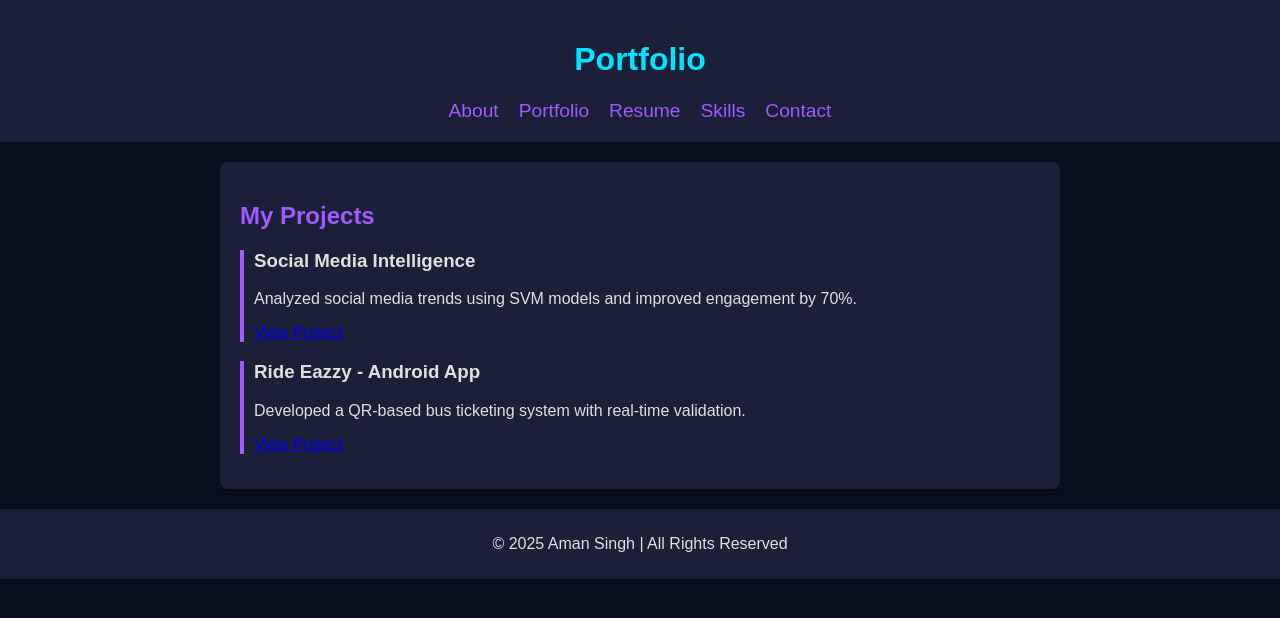
Repository: aman3singh/portfolio
Page: portfolio.html
The author's editor kept a copy of each file at every save. The page is drawn from the files as they stood at one save, then again after the next save.
The browser window is 1280 px wide. The pictures show the whole page.

Above is the page before, as saved 2025-02-11 18:20:42.

### portfolio.html
<!DOCTYPE html>
<html lang="en">
<head>
    <meta charset="UTF-8">
    <meta name="viewport" content="width=device-width, initial-scale=1.0">
    <title>Aman Singh | Portfolio</title>
    <link rel="stylesheet" href="styles.css">
</head>
<body>
    <header>
        <h1>Portfolio</h1>
        <nav>
            <a href="index.html#about">About</a>
            <a href="portfolio.html" class="active">Portfolio</a>
            <a href="resume.html">Resume</a>
            <a href="index.html#skills">Skills</a>
            <a href="index.html#contact">Contact</a>
        </nav>
    </header>

    <section id="projects">
        <h2>My Projects</h2>
        <div class="project">
            <h3>Social Media Intelligence</h3>
            <p>Analyzed social media trends using SVM models and improved engagement by 70%.</p>
            <a href="https://github.com/your-username/social-media-intelligence" target="_blank">View Project</a>
        </div>
        <div class="project">
            <h3>Ride Eazzy - Android App</h3>
            <p>Developed a QR-based bus ticketing system with real-time validation.</p>
            <a href="https://github.com/your-username/ride-eazzy" target="_blank">View Project</a>
        </div>
    </section>

    <footer>
        <p>© 2025 Aman Singh | All Rights Reserved</p>
    </footer>
</body>
</html>

### styles.css
body {
    font-family: 'Arial', sans-serif;
    margin: 0;
    padding: 0;
    background-color: #0A0F1F;
    color: #E0E0E0;
}

header {
    background-color: #1B1F38;
    color: #00E5FF;
    text-align: center;
    padding: 20px;
}

nav {
    display: flex;
    justify-content: center;
    gap: 20px;
}

nav a {
    color: #A259FF;
    text-decoration: none;
    font-size: 1.2em;
    transition: color 0.3s;
}

nav a:hover {
    color: #00E5FF;
}

section {
    padding: 20px;
    margin: 20px auto;
    max-width: 800px;
    background: #1B1F38;
    box-shadow: 0px 4px 6px rgba(0, 0, 0, 0.1);
    border-radius: 8px;
}

h2 {
    color: #A259FF;
}

.project {
    border-left: 4px solid #A259FF;
    padding-left: 10px;
    margin-bottom: 15px;
}

.social-links {
    display: flex;
    justify-content: center;
    gap: 15px;
    font-size: 2rem;
}

.social-links a {
    color: #A259FF;
    transition: color 0.3s;
}

.social-links a:hover {
    color: #00E5FF;
}

footer {
    text-align: center;
    padding: 10px;
    background-color: #1B1F38;
    color: #E0E0E0;
}

After the next save:
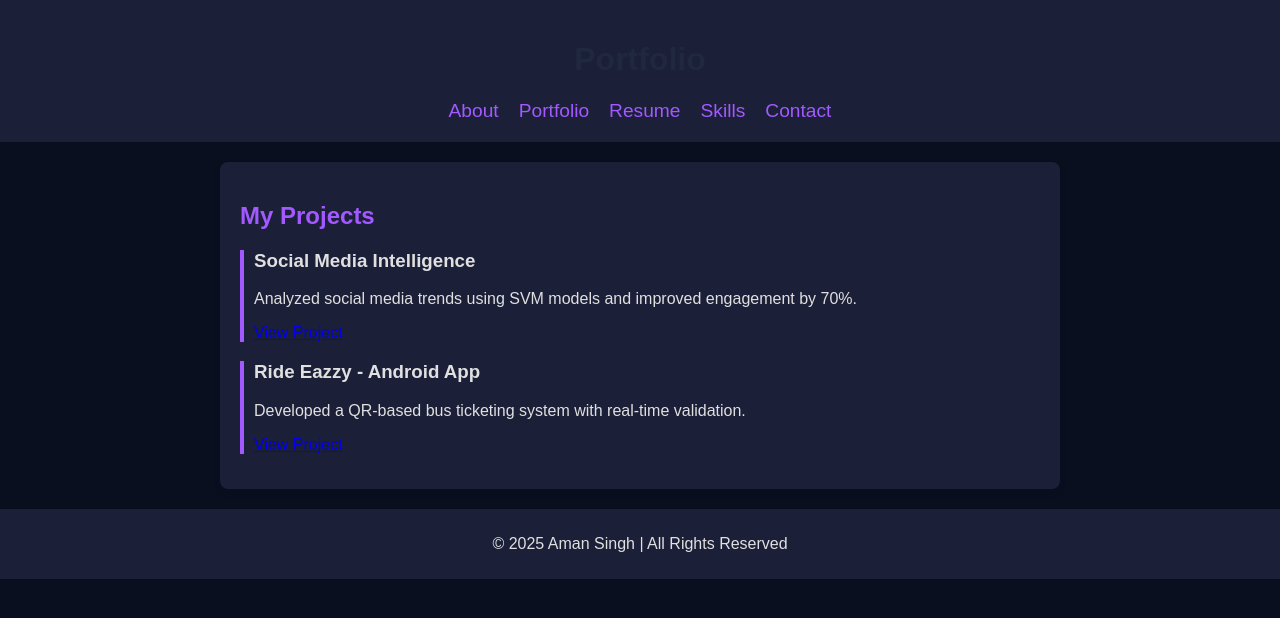
Saved 2 min 57 s later.
--- a/styles.css
+++ b/styles.css
@@ -8,7 +8,7 @@ body {
 
 header {
     background-color: #1B1F38;
-    color: #00E5FF;
+    color: #202840;
     text-align: center;
     padding: 20px;
 }
